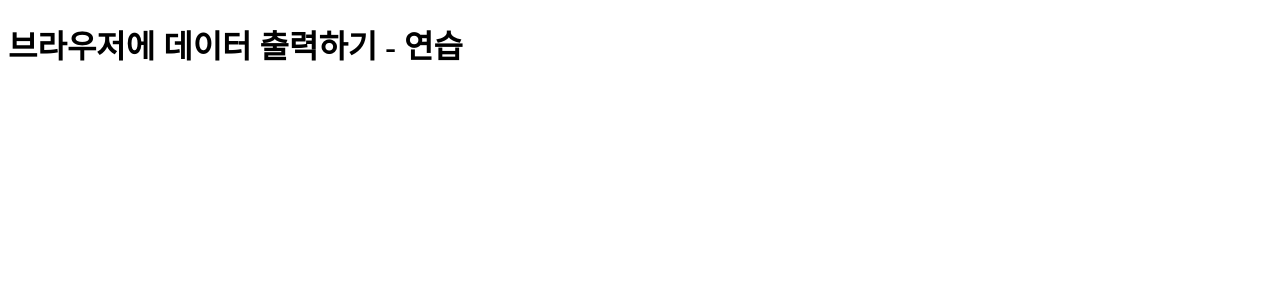
Repository: insunkang/JSP
Page: clientweb/WebContent/js_basic/js_basic_test01.html
The author's editor kept a copy of each file at every save. The page is drawn from the files as they stood at one save, then again after the next save.
The browser window is 1280 px wide. The pictures show the whole page.

Above is the page before, as saved 2020-01-07 01:28:58.

After the next save:
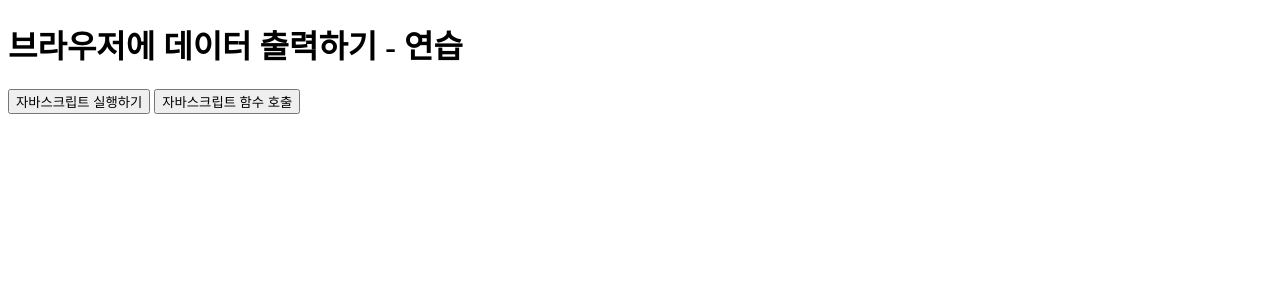
Saved 6 min 10 s later.
--- a/clientweb/WebContent/js_basic/js_basic_test01.html
+++ b/clientweb/WebContent/js_basic/js_basic_test01.html
@@ -21,5 +21,9 @@
 		document.write("<h1>브라우저에 데이터 출력하기 - 연습</h1>")
 		test(); //자바의 메소드 호출방법과 동일
 	</script>
+	<!-- 3. 태그 내부에서 inline으로 사용하는 방법 : 이벤트핸들러에 연결 -->
+	<input type="button" value="자바스크립트 실행하기" onclick="alert('안녕')">
+	<input type="button" value="자바스크립트 함수 호출" onclick="test()">
+
 </body>
 </html>
